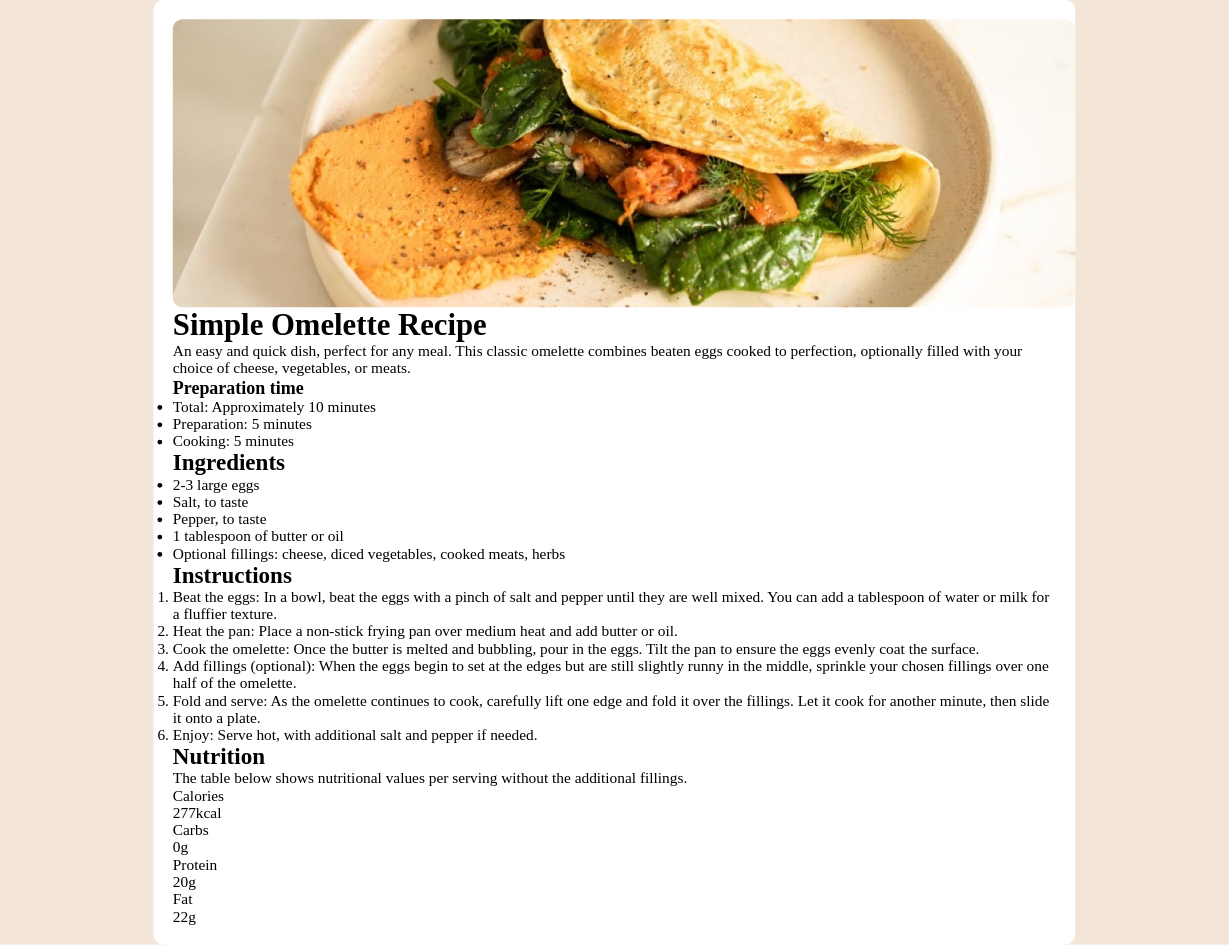
Repository: reemoon-ctrl/mine-recipe-page-main
Page: index1.html
These files come from the project's save history. The page is drawn as it stood at one moment and after the next save; the edit follows.
The browser window is 1280 px wide. The pictures show the whole page, at 96% of full size.

Above is the page before, as saved 2024-08-11 13:50:50.

### index1.html
<!DOCTYPE html>
<html lang="en">
<head>
    <meta charset="UTF-8">
    <meta name="viewport" content="width=device-width, initial-scale=1.0">
    <link rel="stylesheet" href="/style.css">
    <title>ommelette</title>
</head>
<body>
    <div class="container">
        <header>
          <div class="rec-img"></div>
        <h1>Simple Omelette Recipe</h1>

        <p>An easy and quick dish, perfect for any meal.
           This classic omelette combines beaten eggs cooked
          to perfection, optionally filled with your choice
          of cheese,
           vegetables, or meats.</p>
        </header>


        <h3>Preparation time</h3>


        <ul>
          <li>Total: Approximately 10 minutes</li>
          <li>Preparation: 5 minutes</li>
          <li>Cooking: 5 minutes</li>
        </ul>

        <h2>Ingredients</h2>
        <ul>
          <li>2-3 large eggs</li>
          <li>Salt, to taste</li>
          <li>Pepper, to taste</li>
          <li>1 tablespoon of butter or oil</li>
          <li>Optional fillings: cheese, diced vegetables, cooked meats, herbs</li>
        </ul>






        <h2>Instructions</h2>
        <ol>
          <li>Beat the eggs: In a bowl, beat the eggs with a pinch of salt and pepper until they are well mixed.
            You can add a tablespoon of water or milk for a fluffier texture.</li>
          <li>Heat the pan: Place a non-stick frying pan over medium heat and add butter or oil.</li>
          <li>Cook the omelette: Once the butter is melted and bubbling, pour in the eggs. Tilt the pan to ensure
            the eggs evenly coat the surface.</li>
          <li>Add fillings (optional): When the eggs begin to set at the edges but are still slightly runny in the
            middle, sprinkle your chosen fillings over one half of the omelette.</li>
          <li>Fold and serve: As the omelette continues to cook, carefully lift one edge and fold it over the
            fillings. Let it cook for another minute, then slide it onto a plate.</li>
          <li>Enjoy: Serve hot, with additional salt and pepper if needed.</li>
        </ol>

        <h2>Nutrition</h2>

        <p>The table below shows nutritional values per serving without the additional fillings.</p>

        <div>Calories</div>
        <div>277kcal</div>

        <div>Carbs</div>
        <div>0g</div>

        <div>Protein</div>
        <div>20g</div>

        <div>Fat</div>
        <div>22g</div>

      </div>
</body>
</html>

### style.css
*{
    padding: 0;
    margin: 0;
    box-sizing: border-box;
}
body{
    height: 100vh;
    width: 100vw;
    background: hsl(30, 54%, 90%);
}
.rec-img{
    width: 940px;
    border-radius:10px ;
    height: 300px;
    background: url(/image-omelette.jpeg)no-repeat center center/cover;
}
.container{
    background: #fff;
    border-radius: 10px;
    margin: auto;
    max-width:960px;
    padding: 20px;
}

After the next save:
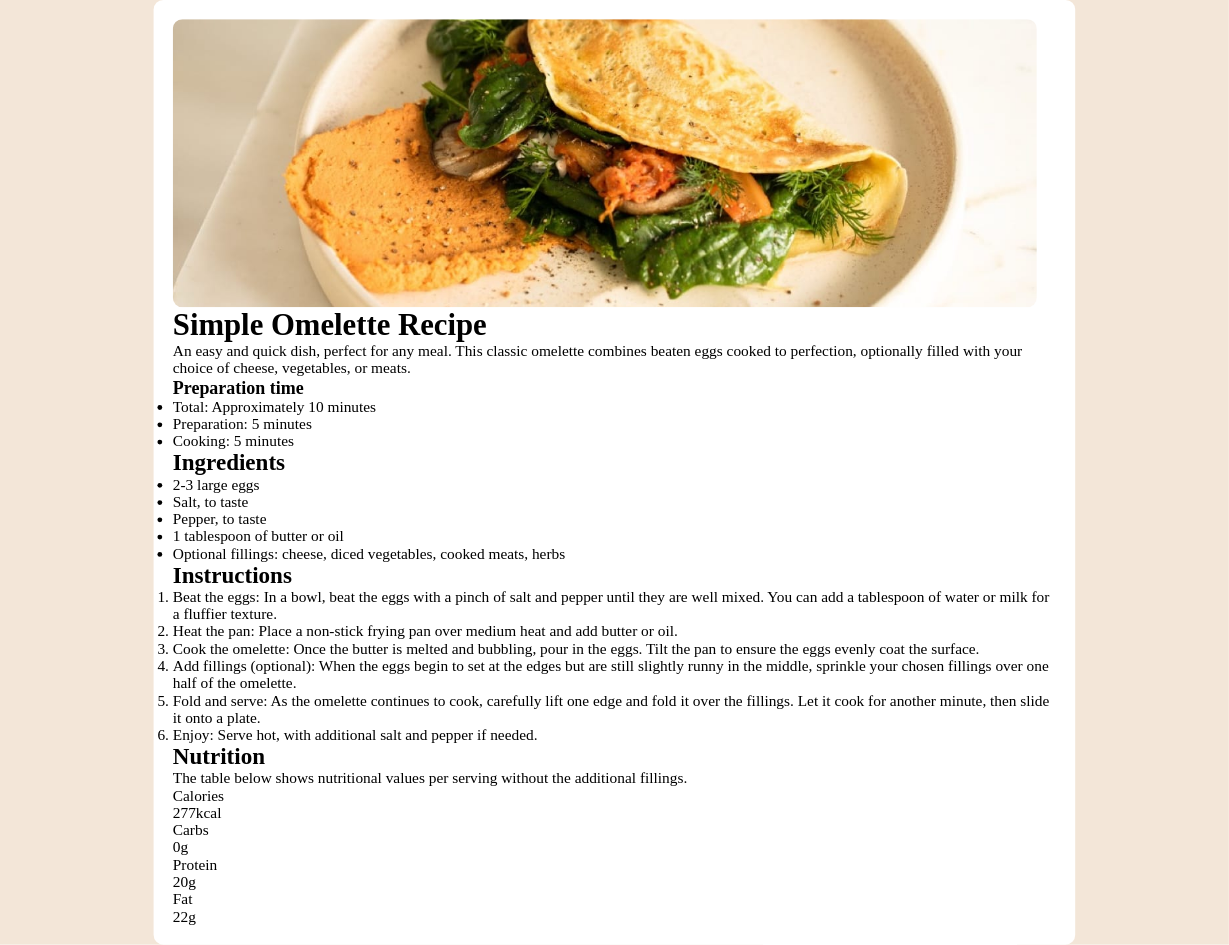
Saved 64 s later.
--- a/style.css
+++ b/style.css
@@ -9,7 +9,7 @@ body{
     background: hsl(30, 54%, 90%);
 }
 .rec-img{
-    width: 940px;
+    width: 900px;
     border-radius:10px ;
     height: 300px;
     background: url(/image-omelette.jpeg)no-repeat center center/cover;
